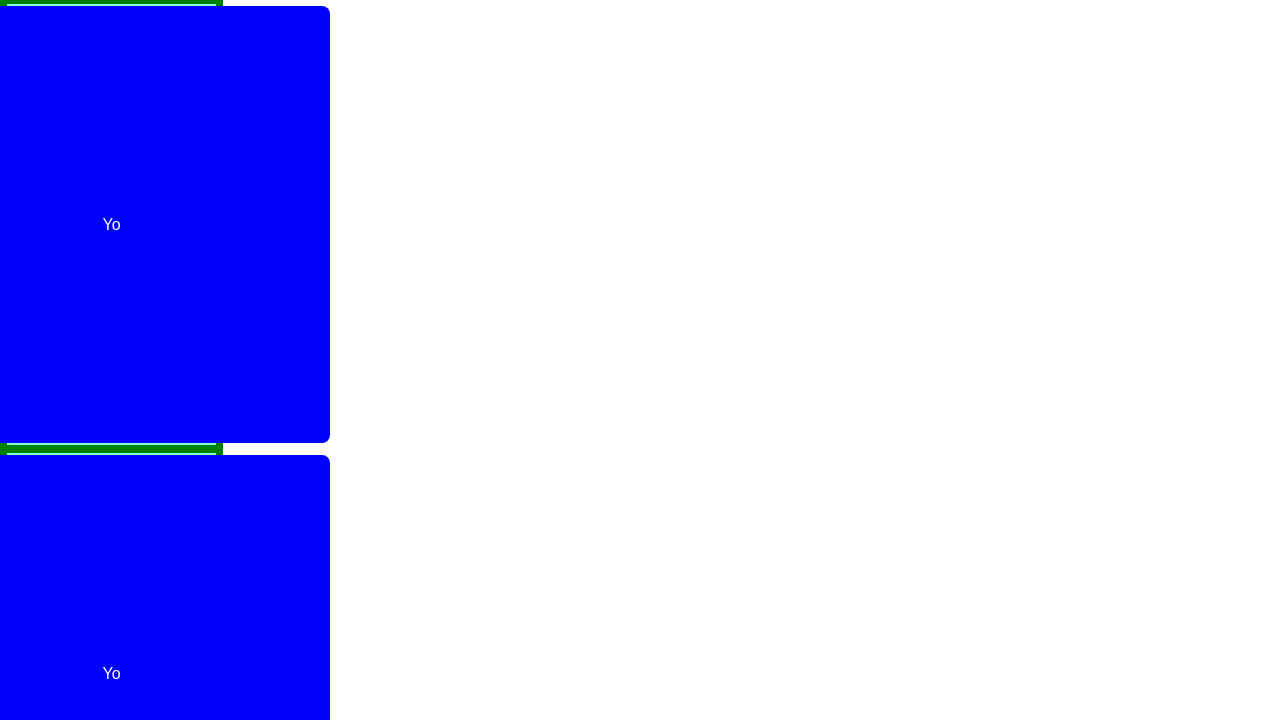
Repository: Tahaa2t/Researchers
Page: /
These files come from the project's save history. The page is drawn as it stood at one moment and after the next save; the edit follows.
The browser window is 1280 px wide. The pictures show the whole page.
The project was rebuilt for these pictures with package versions that can differ from the ones it lists, and the page was loaded fresh each time. Also part of the build but not shown: src/Components/loginform.js, src/Components/HomePage.js.

Above is the page before, as saved 2023-07-05 00:17:17.

After the next save:
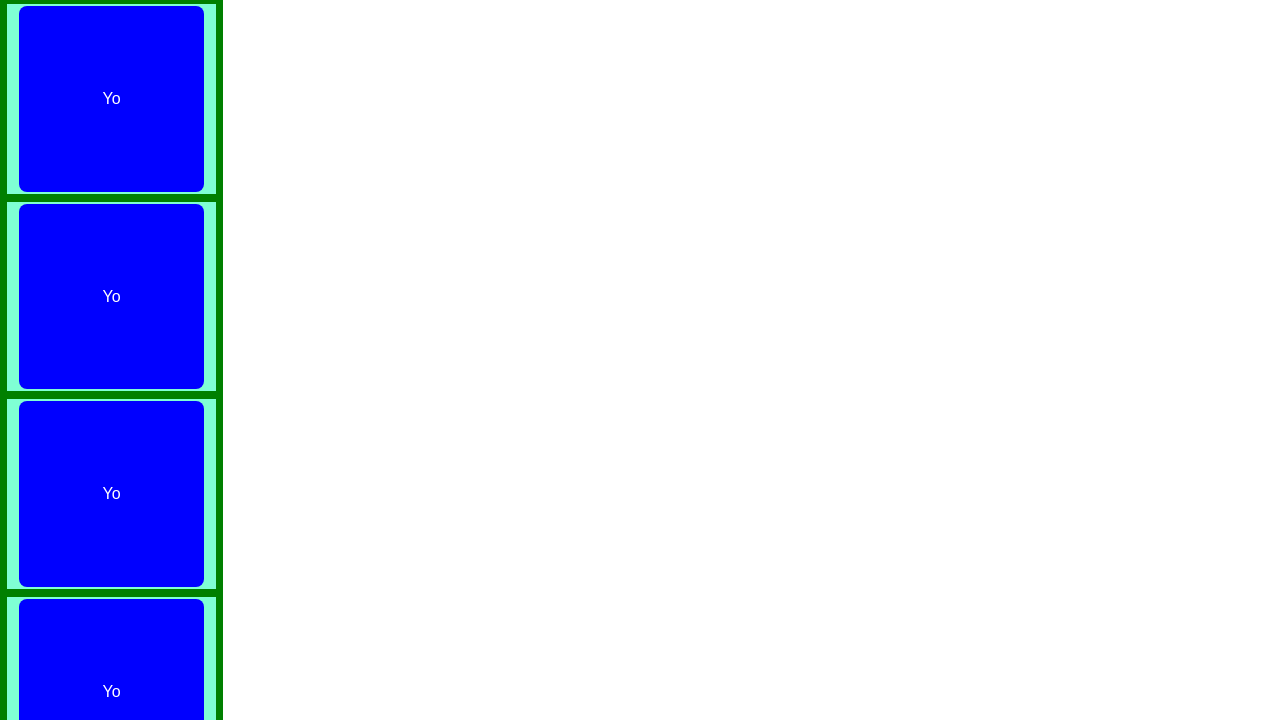
Saved 12 s later.
--- a/src/Components/css/navbarstyle.css
+++ b/src/Components/css/navbarstyle.css
@@ -28,7 +28,7 @@
   border: none;
   border-radius: 8px;
   color: white;
-  padding: 100% 100%;
+  padding: 40% 40%;
   text-align: center;
   text-decoration: none;
   font-weight: 500;
